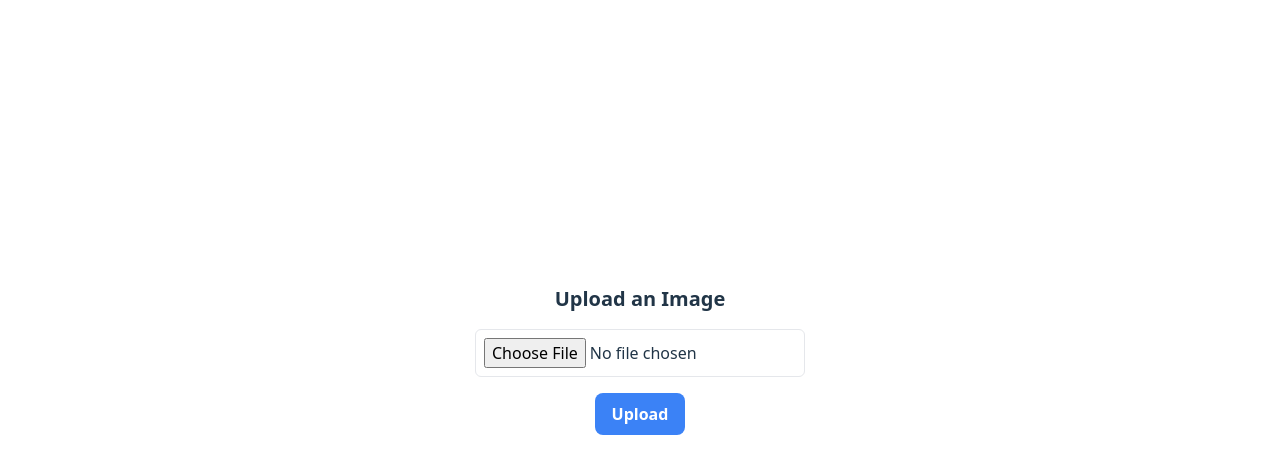
Repository: Pahyn/malocclusion-react
Page: /
The author's editor kept a copy of each file at every save. The page is drawn from the files as they stood at one save, then again after the next save.
The browser window is 1280 px wide. The pictures show the whole page.
The project was rebuilt for these pictures with package versions that can differ from the ones it lists, and the page was loaded fresh each time. Also part of the build but not shown: vite.config.ts.

Above is the page before, as saved 2025-03-01 03:25:19.

### src/App.tsx
// import { useState } from 'react'
// import reactLogo from './assets/react.svg'
// import viteLogo from '/vite.svg'
import './App.css'
import UploadForm from './UploadForm'

function App() {

  return (
    <div className="flex justify-center items-center">
      <UploadForm />
    </div>
  )
}

export default App

### src/UploadForm.tsx
import React, { useState } from "react";
import './tailwind.css'

const UploadForm: React.FC = () => {
    const [selectedFile, setSelectedFile] = useState<File | null>(null);
    const [preview, setPreview] = useState<string | null>(null);

    // Handle file selection
    const handleFileChange = (event: React.ChangeEvent<HTMLInputElement>) => {
        const file = event.target.files?.[0] || null;
        setSelectedFile(file);

        if (file) {
            const reader = new FileReader();
            reader.onloadend = () => setPreview(reader.result as string);
            reader.readAsDataURL(file);
        } else {
            setPreview(null);
        }
    };

    // Handle form submission
    const handleUpload = async () => {
        if (!selectedFile) return alert("Please select a file first!");

        const formData = new FormData();
        formData.append("file", selectedFile);

        try {
            const response = await fetch("http://localhost:5000/upload", {
                method: "POST",
                body: formData,
            });

            if (!response.ok) throw new Error("Upload failed!");

            alert("File uploaded successfully!");
        } catch (error) {
            console.error("Upload error:", error);
            alert("Error uploading file!");
        }
    };

    return (
        <div className="flex flex-col items-center gap-4 p-6 bg-white rounded-lg">
            <h2 className="text-xl font-semibold">Upload an Image</h2>

            <input type="file" accept="image/*" onChange={handleFileChange} className="p-2 border rounded-md" />

            {preview && <img src={preview} alt="Preview" className="w-32 h-32 object-cover rounded-md" />}

            <button
                onClick={handleUpload}
                className="hover:border-white px-4 py-2 bg-blue-500 text-white font-semibold rounded-lg hover:bg-blue-400 transition"
            >
                Upload
            </button>
        </div>
    );
};

export default UploadForm;

Loaded but not shown: index.html (common file); src/main.tsx (common file); src/index.css (common file); src/App.css (common file); tailwind.config.js (common file); src/tailwind.css (no stored copy; drawn as an empty file)

After the next save:
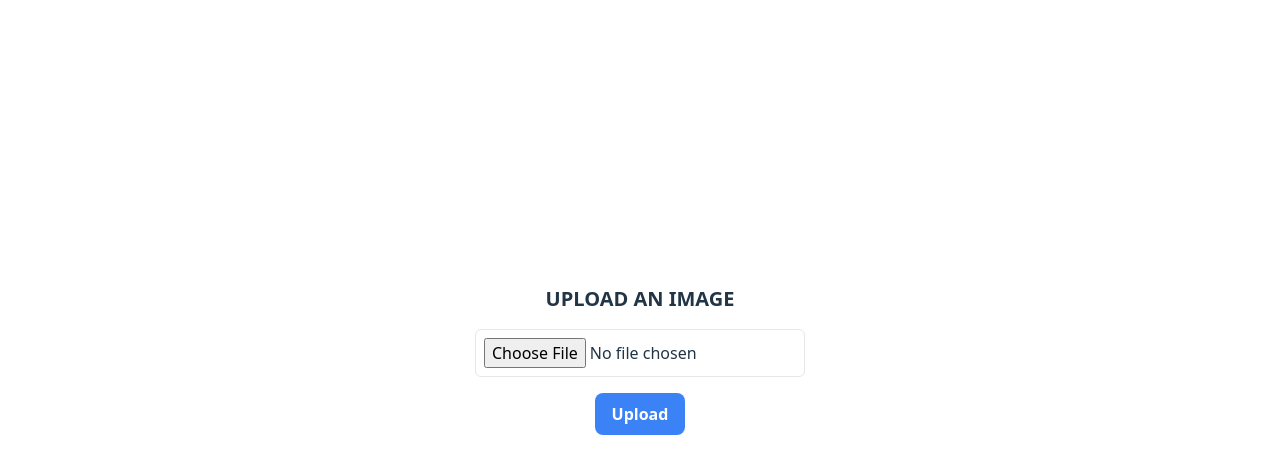
Saved 26 s later.
--- a/src/UploadForm.tsx
+++ b/src/UploadForm.tsx
@@ -43,7 +43,7 @@ const UploadForm: React.FC = () => {
 
     return (
         <div className="flex flex-col items-center gap-4 p-6 bg-white rounded-lg">
-            <h2 className="text-xl font-semibold">Upload an Image</h2>
+            <h2 className="text-xl font-semibold uppercase">Upload an Image</h2>
 
             <input type="file" accept="image/*" onChange={handleFileChange} className="p-2 border rounded-md" />
 
